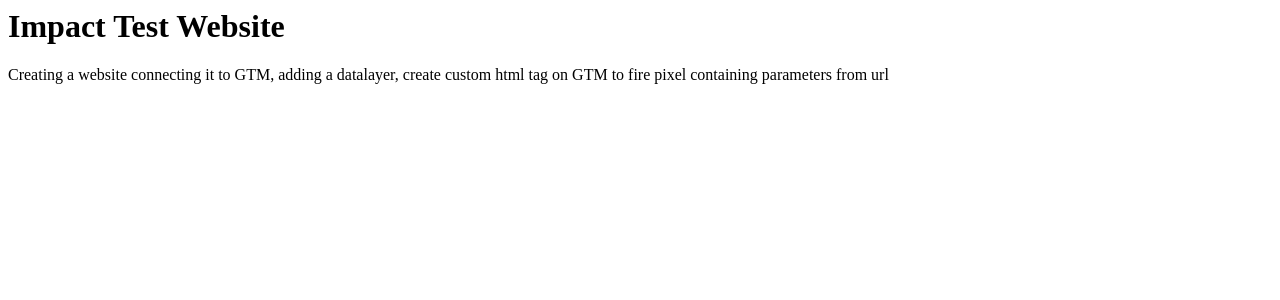
Repository: merin923/ImpactTestWebsite
Page: index.html
The author's editor kept a copy of each file at every save. The page is drawn from the files as they stood at one save, then again after a run of saves.
The browser window is 1280 px wide. The pictures show the whole page.

Above is the page before, as saved 2022-02-25 20:37:28.

After the next 2 saves:
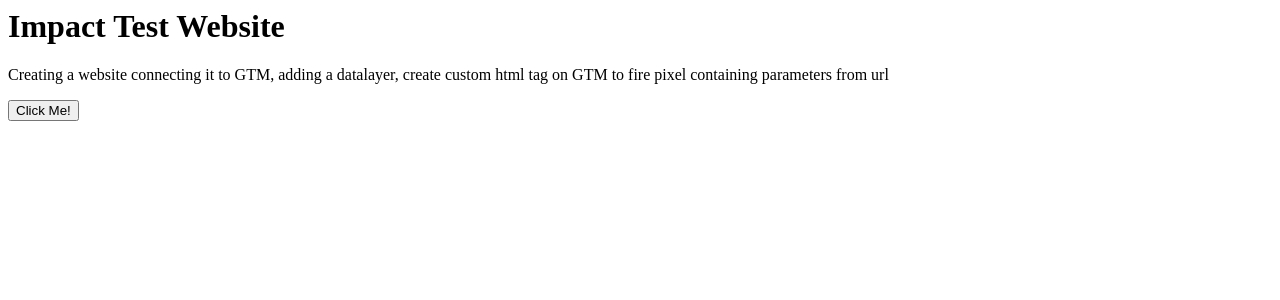
The 2 saves are shown as one change because they came seconds apart.
The last was saved 20 h 44 min later.
--- a/index.html
+++ b/index.html
@@ -17,5 +17,6 @@
 <body>
     <h1>Impact Test Website</h1>
     <p>Creating a website connecting it to GTM, adding a datalayer, create custom html tag on GTM to fire pixel containing parameters from url</p>
+    <button type="button">Click Me!</button>
 </body>
 </html>
